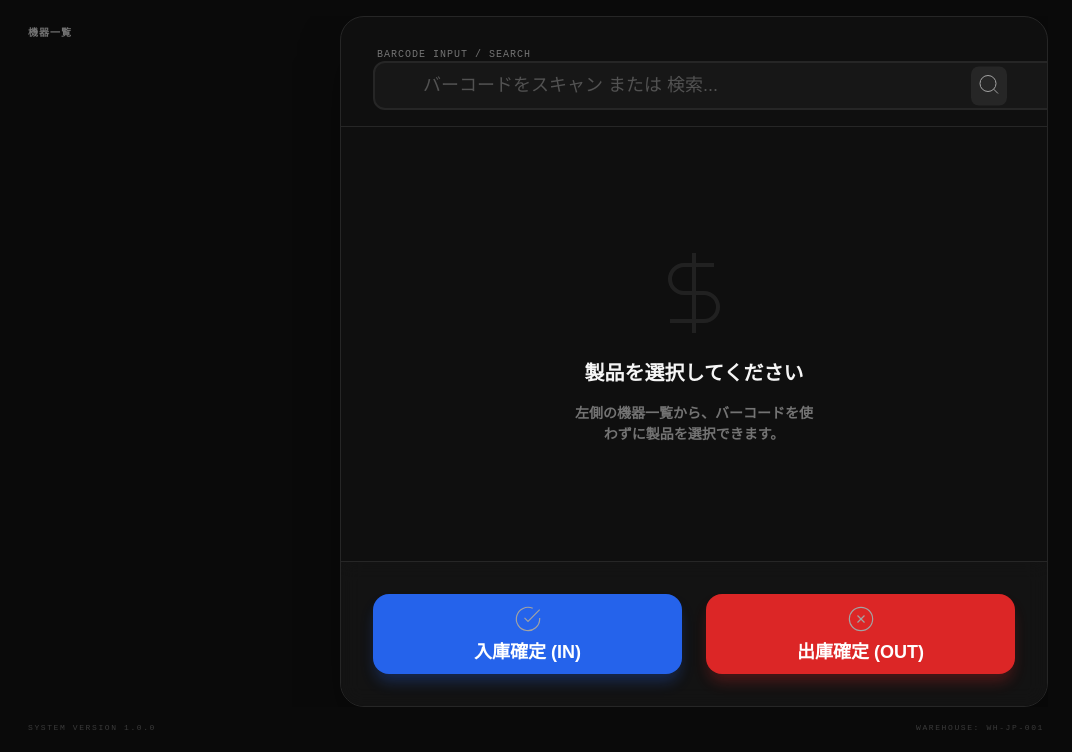
Repository: t-morika/Souko2_app
Page: index-list.html
These files come from the project's save history. The page is drawn as it stood at one moment and after the next save; the edit follows.
The browser window is 1024 px wide. The page is 1072 px wide, then 1056 px, so the pictures cover 1072 px, including what lies to the right of the window. The pictures show the whole page.
The page's requests for data from a server got no answer.

Above is the page before, as saved 2026-04-30 09:24:05.

After the next save:
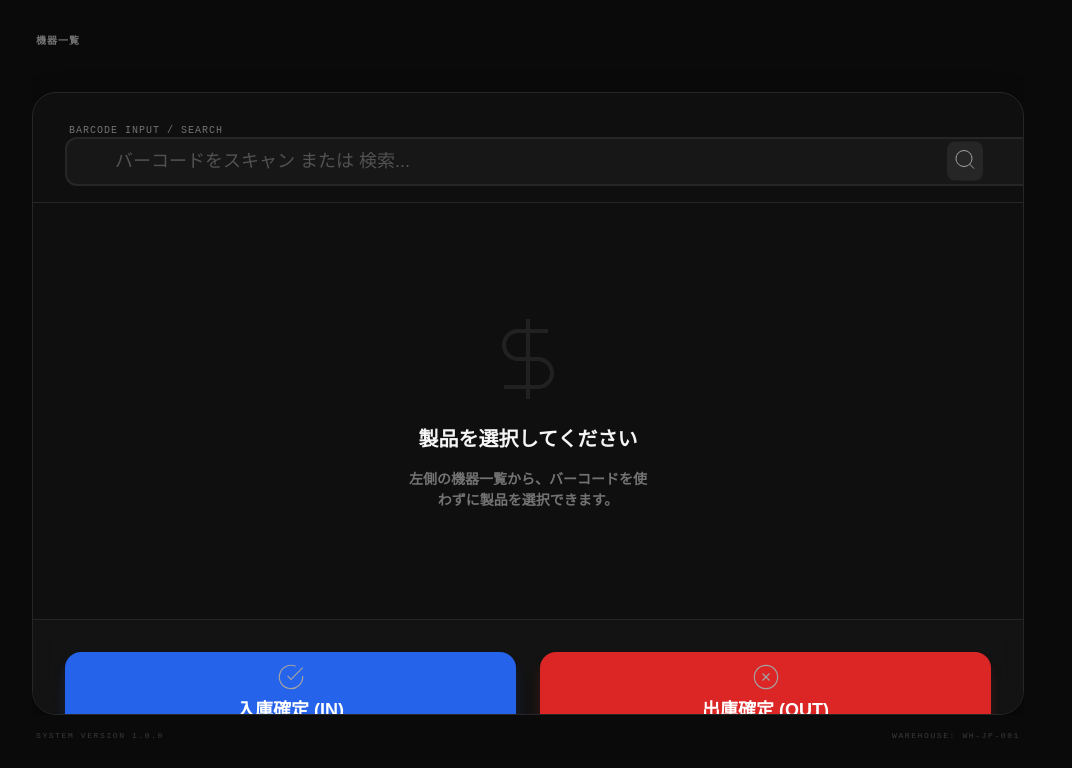
Saved 7 min 54 s later.
--- a/style-list.css
+++ b/style-list.css
@@ -47,6 +47,7 @@
     font-size: 1rem;
     font-weight: 900;
     line-height: 1.25;
+    color: #ffffff;
 }
 
 .device-meta {
@@ -73,6 +74,20 @@
 
 .product-detail {
     min-height: 22rem;
+}
+
+.app {
+    padding: 1.5rem 2rem;
+    max-width: calc(100vw - 2rem);
+    margin: 0 auto;
+}
+
+.main {
+    grid-template-columns: minmax(20rem, 30%) 1fr;
+}
+
+.list-section {
+    max-width: 30vw;
 }
 
 .placeholder {
@@ -102,6 +117,12 @@
     color: #f5f5f5;
 }
 
+@media (max-width: 1030px) {
+    .main {
+        grid-template-columns: 1fr;
+    }
+}
+
 @media (max-width: 768px) {
     .list-grid {
         grid-template-columns: repeat(2, minmax(0, 1fr));
